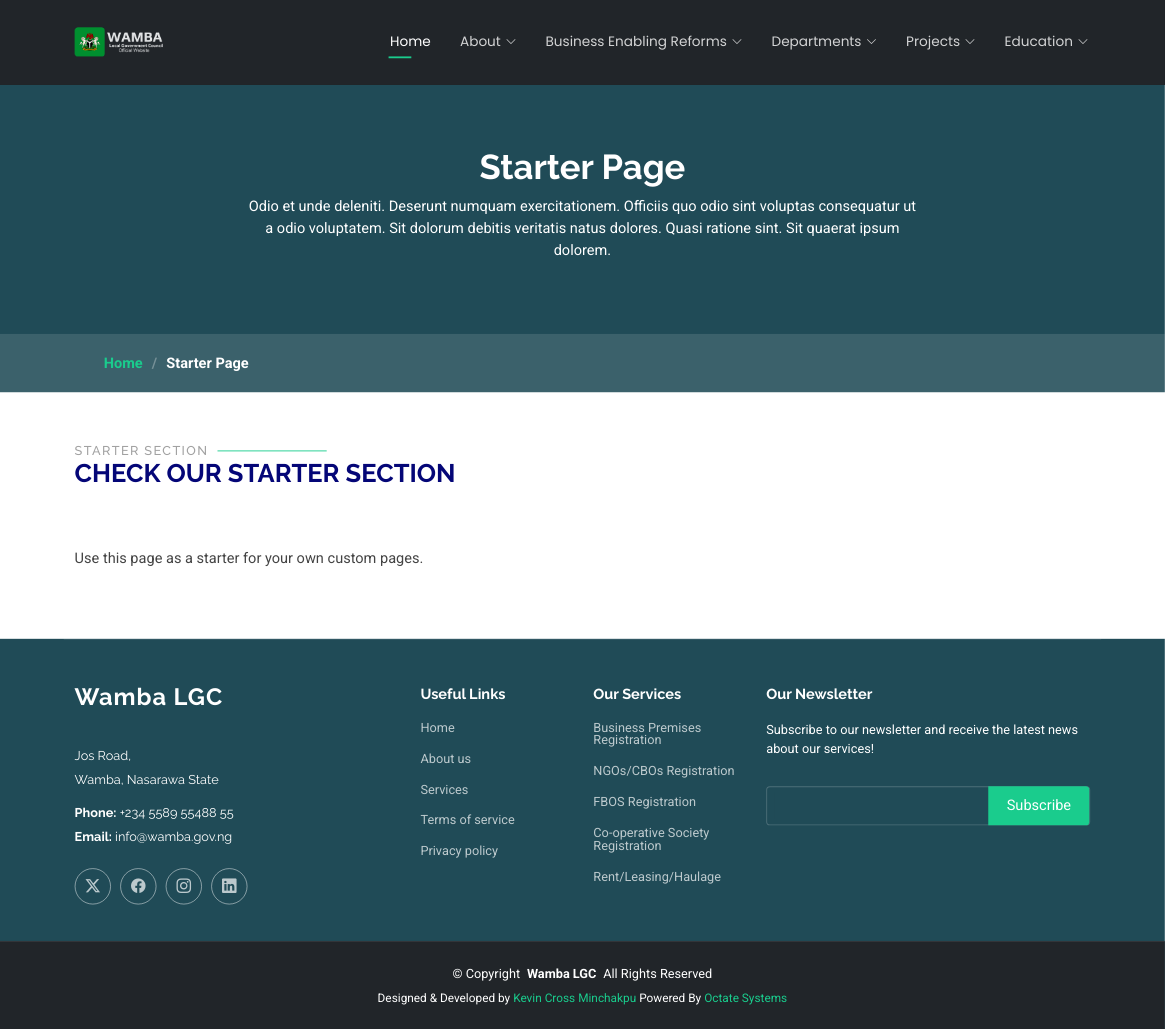
Repository: GlorifiedIntel/wamba-lgc
Page: template.html
An editor plug-in stored every save of this project. The page is shown before and after the next save, followed by the edit.
The browser window is 1280 px wide. The pictures show the whole page, at 91% of full size.

Above is the page before, as saved 2025-02-06 03:42:43.
Console error: TypeError: Cannot read properties of null (reading 'click')

After the next save:
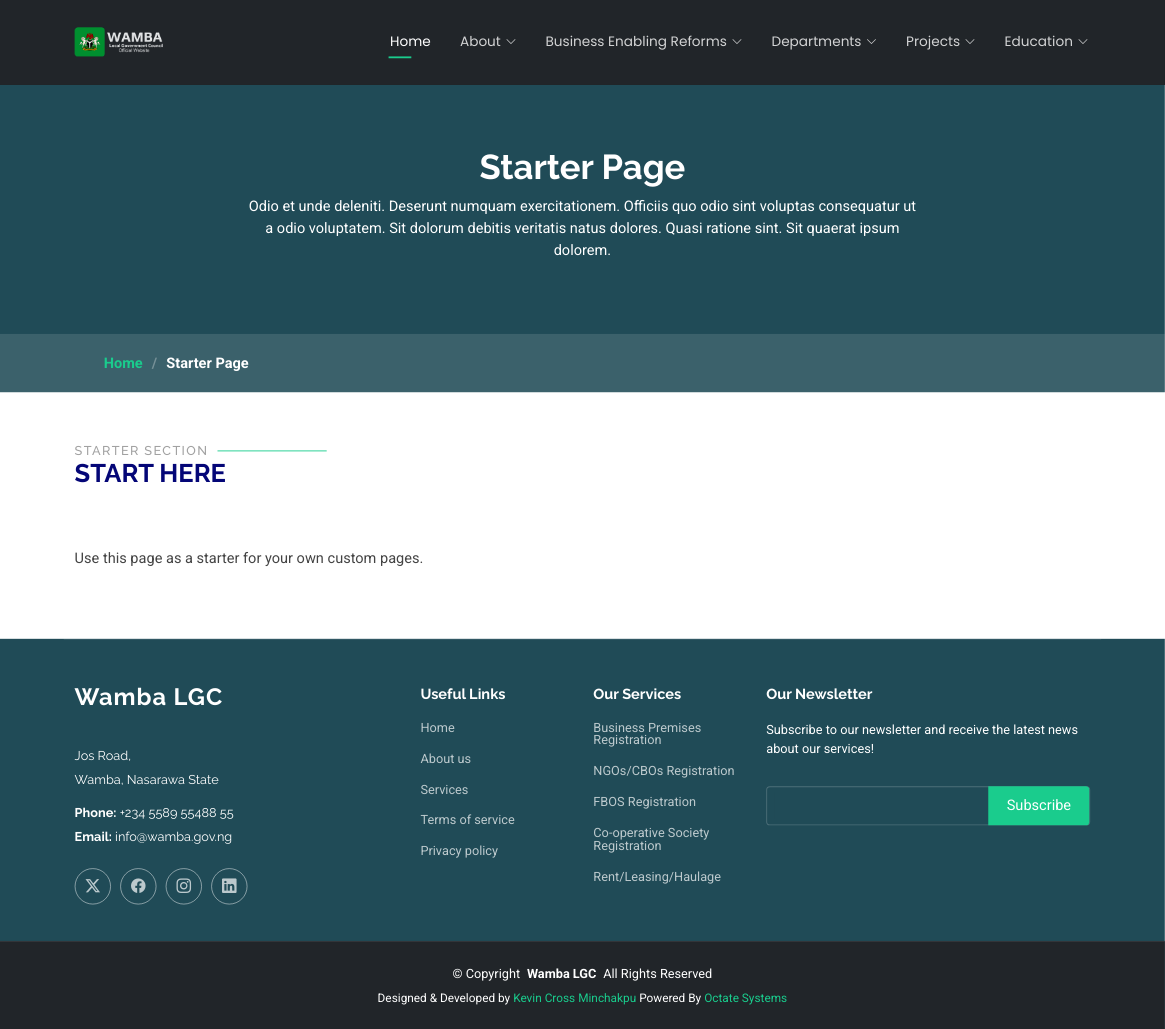
Saved 84 s later.
--- a/template.html
+++ b/template.html
@@ -128,7 +128,9 @@
       <!-- Section Title -->
       <div class="container section-title" data-aos="fade-up">
         <h2>Starter Section</h2>
-        <div><span>Check Our</span> <span class="description-title">Starter Section</span></div>
+        <div>
+          Start here
+        </div>
       </div><!-- End Section Title -->
 
       <div class="container" data-aos="fade-up">
